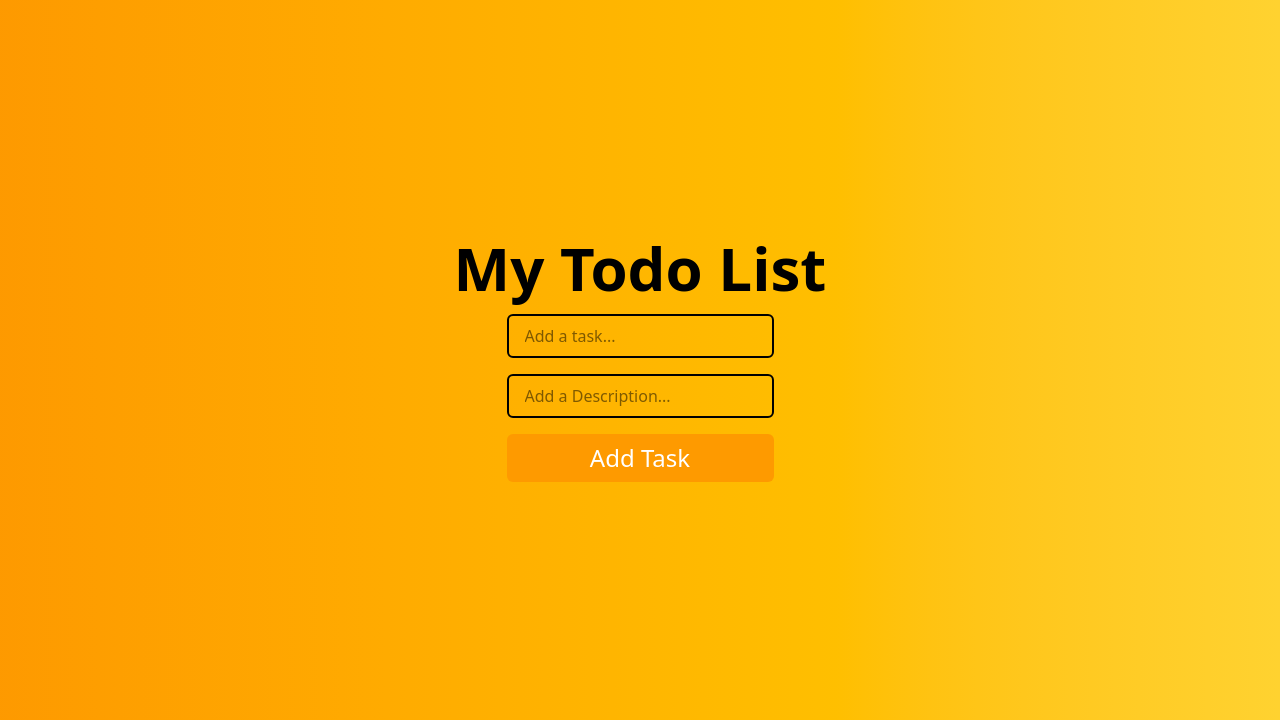
Repository: vgor15/todo-list
Page: /
An editor plug-in stored every save of this project. The page is shown before and after a run of saves, followed by the edit.
The browser window is 1280 px wide. The pictures show the whole page.
The project was rebuilt for these pictures with package versions that can differ from the ones it lists, and the page was loaded fresh each time. The framework's server and built-in components were replaced by stand-ins that run in the browser. Also part of the build but not shown: next.config.js, next.config.mjs.

Above is the page before, as saved 2025-03-05 10:32:42.

### app/layout.js
import { Geist, Geist_Mono } from "next/font/google";
import "./globals.css";

const geistSans = Geist({
  variable: "--font-geist-sans",
  subsets: ["latin"],
});

const geistMono = Geist_Mono({
  variable: "--font-geist-mono",
  subsets: ["latin"],
});

export const metadata = {
  title: "Todo List",
  description: "Todo List created by Vyom-Gor",
};

export default function RootLayout({ children }) {
  return (
    <html lang="en">
      <body
        className={`${geistSans.variable} ${geistMono.variable} antialiased`}
      >
        {children}
      </body>
    </html>
  );
}

### app/page.js
import React from "react";

const page = () => {
  return (
    <div className="h-screen flex flex-col items-center justify-center bg-gradient-to-r from-amber-500 to-amber-300">
      <h1 className="text-6xl font-bold text-center mb-4">My Todo List</h1>
      <form className="flex flex-col gap-4">
        <input
          className="border-2 px-4 py-2 rounded-md outline-none focus:ring-2 focus:ring-amber-500"
          type="text"
          name=""
          id=""
          placeholder="Add a task..."
          autoComplete="off"
        />
        <input
          className="border-2 px-4 py-2 rounded-md outline-none focus:ring-2 focus:ring-amber-500"
          type="text"
          name=""
          id=""
          placeholder="Add a Description..."
          autoComplete="off"
        />
        <button className="bg-amber-500 px-4 py-2 rounded-md text-2xl text-white">
          Add Task
        </button>
      </form>
    </div>
  );
};

export default page;

Loaded but not shown: app/globals.css (common file)

After the next 2 saves:
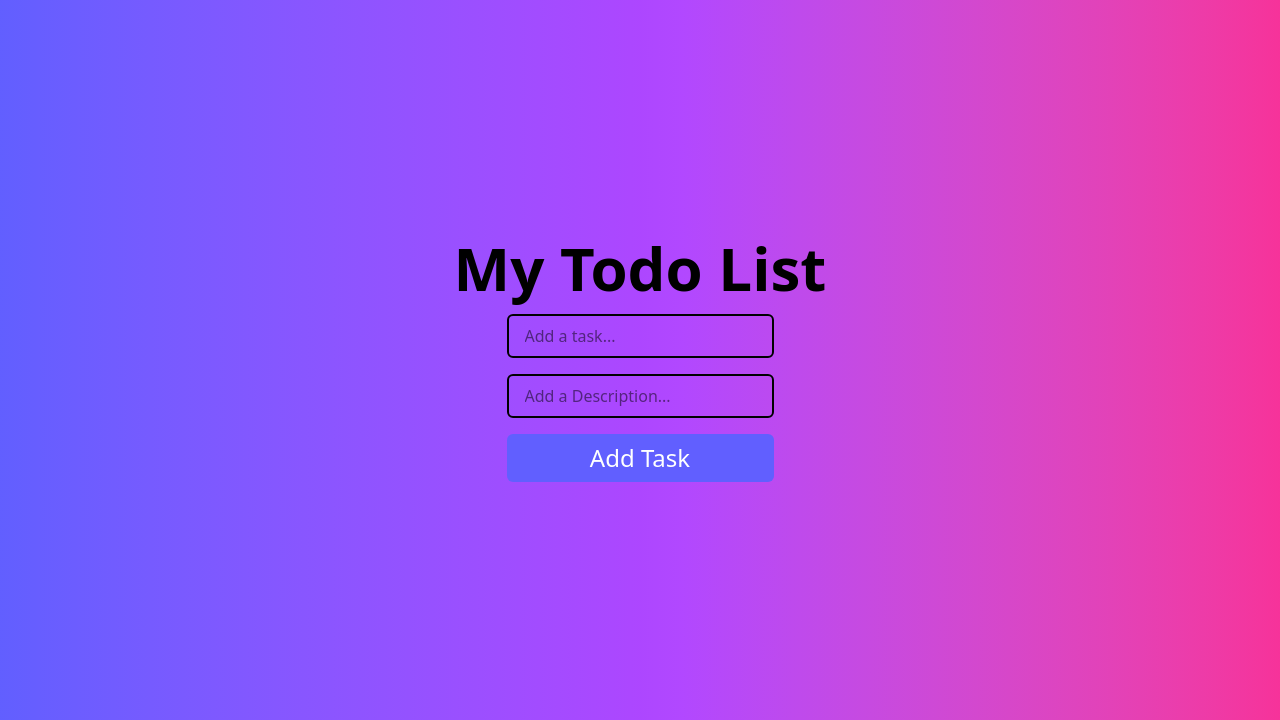
The 2 saves are shown as one change because 1 did not build or start.
The last was saved 31 s later.
--- a/app/page.js
+++ b/app/page.js
@@ -2,11 +2,11 @@ import React from "react";
 
 const page = () => {
   return (
-    <div className="h-screen flex flex-col items-center justify-center bg-gradient-to-r from-amber-500 to-amber-300">
+    <div className="h-screen flex flex-col items-center justify-center bg-gradient-to-r from-indigo-500 via-purple-500 to-pink-500">
       <h1 className="text-6xl font-bold text-center mb-4">My Todo List</h1>
       <form className="flex flex-col gap-4">
         <input
-          className="border-2 px-4 py-2 rounded-md outline-none focus:ring-2 focus:ring-amber-500"
+          className="border-2 px-4 py-2 rounded-md outline-none focus:ring-2 focus:ring-indigo-500"
           type="text"
           name=""
           id=""
@@ -14,14 +14,14 @@ const page = () => {
           autoComplete="off"
         />
         <input
-          className="border-2 px-4 py-2 rounded-md outline-none focus:ring-2 focus:ring-amber-500"
+          className="border-2 px-4 py-2 rounded-md outline-none focus:ring-2 focus:ring-indigo-500"
           type="text"
           name=""
           id=""
           placeholder="Add a Description..."
           autoComplete="off"
         />
-        <button className="bg-amber-500 px-4 py-2 rounded-md text-2xl text-white">
+        <button className="bg-indigo-500 px-4 py-2 rounded-md text-2xl text-white">
           Add Task
         </button>
       </form>
